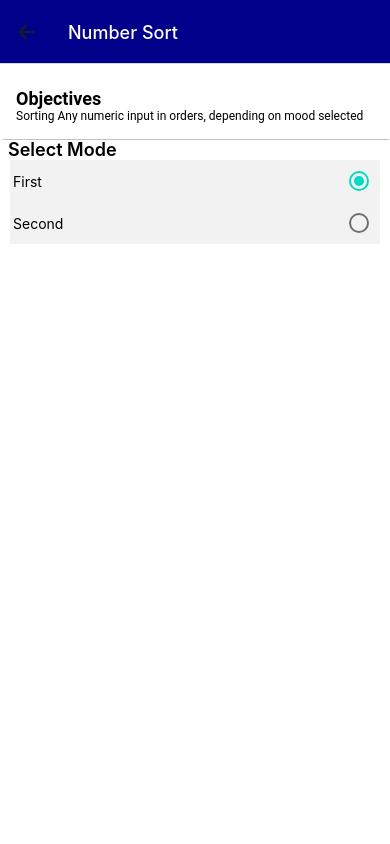
Repository: seyicoded/rn-crazy-algorithm-app
Screen: /Sort_simple_number
The author's editor kept a copy of each file at every save. The screen is drawn from the files as they stood at one save, then again after the next save.
The app was drawn by React Native's web renderer in a window 390 px wide. The project was rebuilt for these pictures with package versions that can differ from the ones it lists, and the page was loaded fresh each time. Also part of the build but not shown: src/screens/sort.js, src/screens/filter.js, src/screens/advance.js, src/screens/sorts/Sort_alphabet.js.

Above is the screen before, as saved 2022-03-30 17:47:18.

### App.js
import 'react-native-gesture-handler';
import { StatusBar } from 'expo-status-bar';
import { StyleSheet, Text, View } from 'react-native';
import Main from './src/main'
export default function App() {
  return (
    <View style={styles.container}>
      <Main />
      <StatusBar style="auto" />
    </View>
  );
}

const styles = StyleSheet.create({
  container: {
    flex: 1,
    backgroundColor: '#fff',
  },
});

### src/main.js
import { View, Text } from 'react-native'
import React from 'react'
import {NavigationContainer} from '@react-navigation/native'
import {createStackNavigator} from '@react-navigation/stack'
import Home from './screens/index'
import Sort from './screens/sort'
import Filter from './screens/filter'
import Advance from './screens/advance'
import Sort_simple_number from './screens/sorts/Sort_simple_number'
import Sort_alphabet from './screens/sorts/Sort_alphabet'

const StackNav = createStackNavigator()

export default function Main() {
  return (
    <NavigationContainer>
        <StackNav.Navigator>
            <StackNav.Screen name="Home" options={{headerMode: 'none'}} component={Home} />
            <StackNav.Screen name="Filter" options={{headerMode: 'none'}} component={Filter} />
            <StackNav.Screen name="Sort" options={{headerMode: 'none'}} component={Sort} />
            <StackNav.Screen name="Advance" options={{headerMode: 'none'}} component={Advance} />

            {/* sort aspect */}
            <StackNav.Screen name="Sort_simple_number" options={{title: 'Number Sort', headerStyle: {backgroundColor: 'darkblue', color: 'white'}, headerTitleStyle: {color: 'white'}}} component={Sort_simple_number} />
            <StackNav.Screen name="Sort_alphabet" options={{title: 'Alphabet Sort', headerStyle: {backgroundColor: 'darkblue', color: 'white'}, headerTitleStyle: {color: 'white'}}} component={Sort_alphabet} />
        </StackNav.Navigator>
    </NavigationContainer>
  )
}

### src/screens/index.js
import { View, Text, StyleSheet, FlatList, TouchableOpacity } from 'react-native'
import React, {useState, useEffect, useRef} from 'react'
import Header from '../layout/header'
import { List, Avatar, Card, Title, Paragraph, Button } from 'react-native-paper';

const data = [
    {
        id: 'Sort',
        image: 'https://picsum.photos/700',
        title: 'Sort',
    },
    {
        id: 'Filter',
        image: 'https://picsum.photos/700',
        title: 'Filter',
    },
    {
        id: 'Advance',
        image: 'https://picsum.photos/700',
        title: 'Advance',
    },
]

export default function Index({route, navigation}) {
    const [color, setColor] = useState('darkblue');
    var timer = null;
    var ColorChanger = useRef('darkblue');


    useEffect(()=>{
        timer = setInterval(()=>{
            // console.log('.')
            ColorChanger.current = (ColorChanger.current == 'darkblue') ? 'darkred' : 'darkblue';
            setColor(ColorChanger.current);
        }, 1000);
        return ()=>{
            clearInterval(timer);
        }
    }, [])

    const styles = StyleSheet.create({
        container: {
          flex: 1,
          width: '100%',
          backgroundColor: '#fff',
        },
        header: {
            fontSize: 16,
            textAlign: 'center',
            marginTop: 20,
            marginBottom: 20,
            color: color,
            fontWeight: '700',
        },
        list: {
            width: '100%',
        },
        card: {
            // backgroundColor: 'red',
            margin: 20,
            shadowColor: '#000',
            shadowOffset: { width: 0, height: 2 },
            shadowOpacity: 0.8,
            elevation: 4
        }
    });

    return (
        <View style={styles.container}>
            <Header title="Home" visible={false} navigation={navigation} />
            <Text style={styles.header}>Let's Prep Shall We</Text>

            <FlatList
                data={data}
                style={styles.list}
                renderItem={({ item }) => {
                    return (
                        <TouchableOpacity onPress={() => navigation.navigate(item.id, {title: item.title})}>
                            <Card style={styles.card}>
                                <Card.Cover source={{ uri: item.image }} />
                                {/* <Card.Actions style={{justifyContent: 'center'}}>
                                    <Button onPress={()=>navigation.navigate(item.id)}>{item.title}</Button>

                                </Card.Actions> */}

                                <Card.Content style={{justifyContent: 'center'}}>
                                    <Title style={{textAlign: 'center', marginTop:12, color: 'darkblue'}}>{item.title}</Title>
                                </Card.Content>
                            </Card>
                        </TouchableOpacity>
                    )
                }}
                numColumns={1}
            />

            {/* <Card>
                <Card.Cover source={{ uri: 'https://picsum.photos/700' }} />

                <Card.Content>
                    <Title>Card title</Title>
                </Card.Content>
            </Card> */}

        </View>
    )
}

### src/screens/sorts/Sort_simple_number.js
import { StyleSheet, Text, View, TouchableOpacity } from 'react-native'
import React from 'react'
import { Banner, RadioButton } from 'react-native-paper';

export default function Sort_simple_number() {
    const [value, setValue] = React.useState('first');
  return (
    <View style={styles.container}>
        <Banner
            visible={true}
            actions={[
            ]}
            >
                <View>
                    <Text style={{fontWeight: '600', fontSize: 18}}>Objectives</Text>
                    <Text />
                    <Text style={{fontSize: 12}}>Sorting Any numeric input in orders, depending on mood selected</Text>
                </View>
        </Banner>
        <Text />
        <Text style={styles.title_element}>Select Mode</Text>

        <RadioButton.Group onValueChange={newValue => setValue(newValue)} value={value}>
            <TouchableOpacity onPress={()=>setValue('first')}>
                <View style={styles.radio}>
                    <Text>First</Text>
                    <RadioButton value="first" />
                </View>
            </TouchableOpacity>
            <TouchableOpacity onPress={()=>setValue('second')}>
                <View style={styles.radio}>
                    <Text>Second</Text>
                    <RadioButton value="second" />
                </View>
            </TouchableOpacity>
        </RadioButton.Group>

    </View>
  )
}

const styles = StyleSheet.create({
    container: {
        flex: 1,
        backgroundColor: '#fff',
    },
    title_element: {
        fontWeight: '600',
        fontSize: 18,
        paddingLeft: 8
    },
    radio: {
        flexDirection: 'row',
        justifyContent: 'space-between',
        alignItems: 'center',
        marginHorizontal: 10,
        backgroundColor: 'rgba(0, 0, 0, 0.05)',
        padding: 3,
    }
})

### src/layout/header.js
import { View, Text } from 'react-native'
import React, {useState, useEffect} from 'react'
import { Appbar } from 'react-native-paper';

export default function Header({title, visible, navigation}) {
    // const [visible, setVisible] = useState(false);

    if(visible){
        return (
            <Appbar.Header style={{backgroundColor: 'darkblue'}}>
                {
                    (visible) ?
                    <Appbar.BackAction onPress={()=>navigation.goBack()} />
                    :<></>
                }
                <Appbar.Content title={title} />
            </Appbar.Header>
          )
    }else{
        return (
            <Appbar.Header style={{backgroundColor: 'darkblue'}}>
                <Appbar.Content title={title} />
            </Appbar.Header>
          )
    }

}

After the next save:
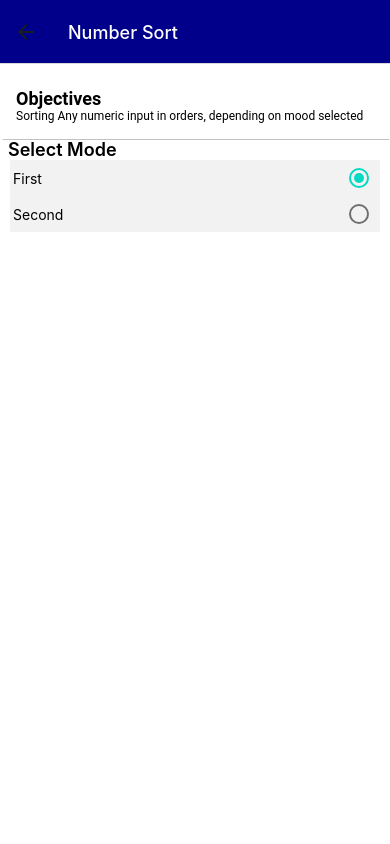
Saved 10 s later.
--- a/src/screens/sorts/Sort_simple_number.js
+++ b/src/screens/sorts/Sort_simple_number.js
@@ -55,6 +55,6 @@ const styles = StyleSheet.create({
         alignItems: 'center',
         marginHorizontal: 10,
         backgroundColor: 'rgba(0, 0, 0, 0.05)',
-        padding: 3,
+        paddingHorizontal: 3,
     }
 })
